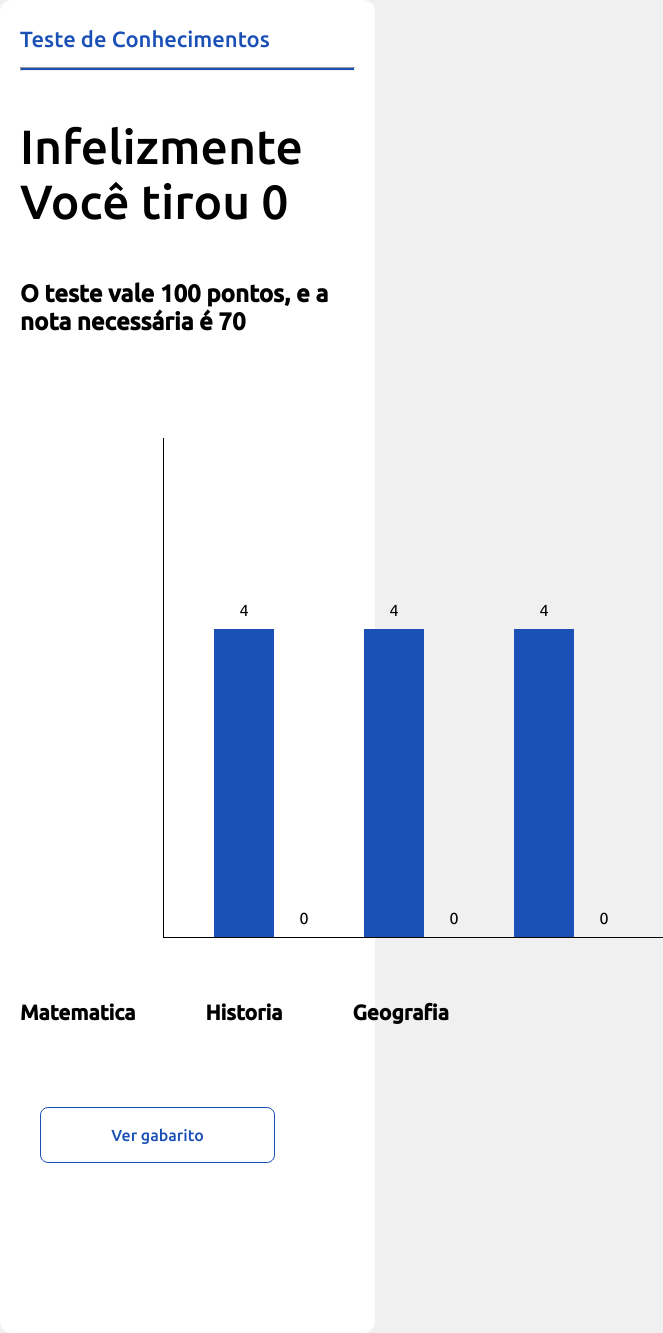
Repository: Delei09/desafioPerguntas
Page: /resultado (app in frontend/)
An editor plug-in stored every save of this project. The page is shown before and after the next save, followed by the edit.
The browser window is 375 px wide. The page is 663 px wide, then 520 px, so the pictures cover 663 px, including what lies to the right of the window. The pictures show the whole page.
The project was rebuilt for these pictures with package versions that can differ from the ones it lists, and the page was loaded fresh each time. A package was used in the major version that the imports need, not the one package.json lists. Also part of the build but not shown: frontend/src/styles/home.scss, frontend/src/page/Home.tsx, frontend/src/styles/gabarito.scss, frontend/src/page/Gabarito.tsx.

Above is the page before, as saved 2021-08-19 16:32:53.

After the next save:
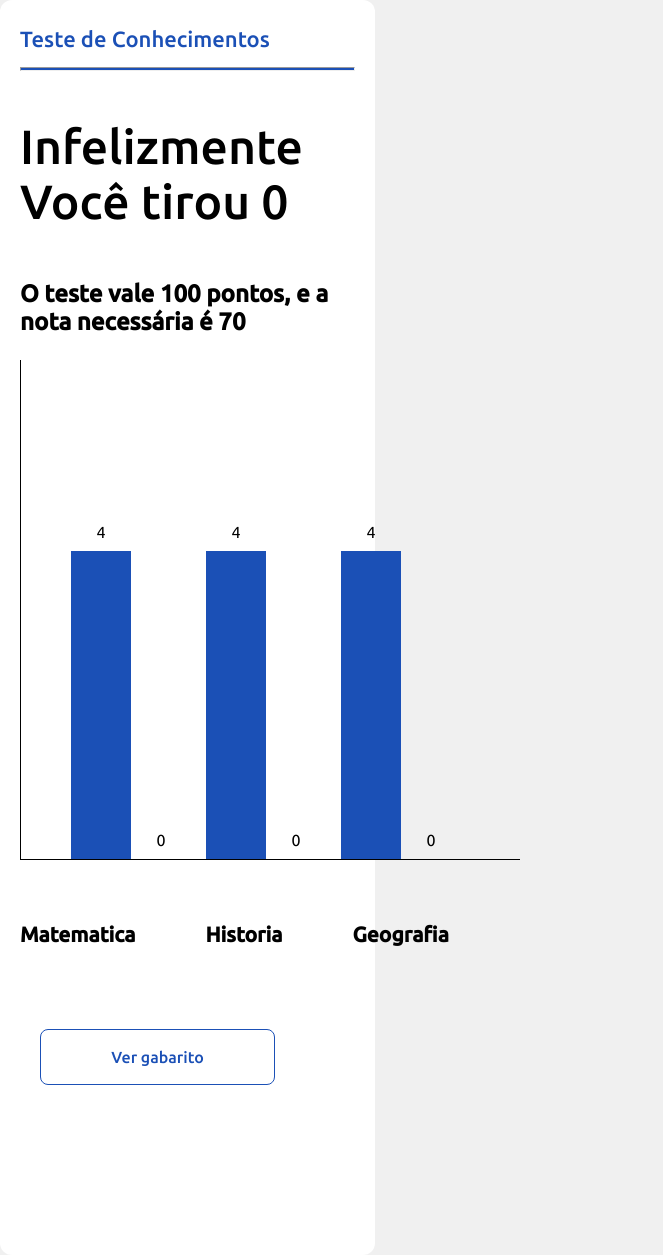
Saved 39 s later.
--- a/frontend/src/styles/resultado.scss
+++ b/frontend/src/styles/resultado.scss
@@ -100,15 +100,8 @@ text-align: left;
 
 @media screen and (max-width:600px) {
   .divResultadoGrafico{
-    border:solid  black 1px ;
-    border-top: none;
-    border-right: none;
-    width: 500px;
-    height: 500px;
-    margin-top: 78px;
-    margin-left: 143px;
     display: flex;
-    gap: 30px;
+    gap: 15px;
     padding:0px  50px;
      div{
        display: flex;
